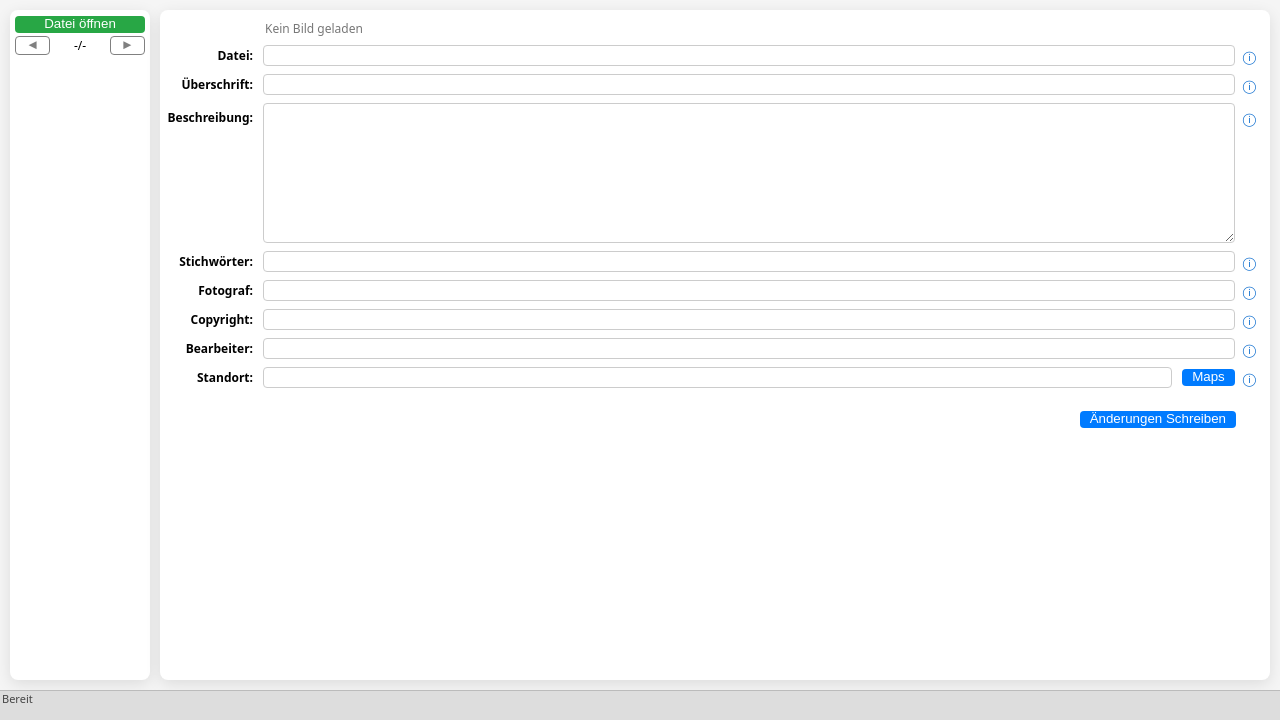
Repository: h-fahle/metadata
Page: ui/index.html
The author's editor kept a copy of each file at every save. The page is drawn from the files as they stood at one save, then again after the next save.
The browser window is 1280 px wide. The pictures show the whole page.

Above is the page before, as saved 2026-08-19 19:06:12.

### ui/index.html
<!DOCTYPE html>
<html lang="de">

<head>
	<meta charset="UTF-8">
	<title>Tauri ExifTool Test</title>
	<script src="script.js" defer></script>
	<link rel="stylesheet" href="style.css">
</head>

<body>

	<main id="main-container">

		<!-- Das Vorschaubild links -->
		<aside id="sidebar">

			<button id="file-open" onclick="dateiAuswählen()">Datei öffnen</button>

			<div id="nav">
				<button class="blaettern" onclick="blaettern(-1)">◄</button>
				<span id="img-nummer">-/-</span>
				<button class="blaettern" onclick="blaettern(1)">►</button>
			</div>

			<!-- 		<select id="menue-oeffnen" onchange="menueAktion(this)" >
				<option value="dateien">🖼️ Bilder öffnen...</option>
				<option value="ordner">📁 Ordner öffnen...</option>
			</select>
 -->
			<img id="vorschau-bild" src="" style="display:none;" />
			<div id="bild-info" style="text-align:center;">
				<span id="img-datum"></span><br>
				<span id="img-groesse"></span>
			</div>
		</aside>

		<!-- Das Formular rechts -->
		<section id="form-container">

			<div id="ordner-pfad">Kein Bild geladen</div>

			<div class="form-row">
				<label for="filename">Datei:</label>
				<input type="text" id="filename" name="filename" />
				<div class="tooltip-container">
					<span class="info-icon">ⓘ</span>
					<div class="tooltip-box">Im Einzelmodus: Änderung des Dateinamens bewirkt Umbenennung der Datei.
						Im Stapelmodus: Ordnername is nicht änderbar.!
					</div>
				</div>
			</div>

			<div class="form-row">
				<label for="caption">Überschrift:</label>
				<input type="text" id="caption" name="caption" />
				<div class="tooltip-container">
					<span class="info-icon">ⓘ</span>
					<div class="tooltip-box">Auch: (Dokument-)Titel, Schlagzeile, Headline
					</div>
				</div>
			</div>

			<div class="form-row form-row-top">
				<label for="description">Beschreibung:</label>
				<textarea id="description" name="description"></textarea>
				<div class="tooltip-container">
					<span class="info-icon">ⓘ</span>
					<div class="tooltip-box">Beschreibender Text in beliebiger Länge.
						(Im Stapelmodus wird der eingegebene Text
						&nbsp;&nbsp; an vorhandenen angehängt.)
						Hinweis: Einige Programme zeigen nur 2.000 Zeichen
						&nbsp;&nbsp; oder auch weniger an.
					</div>
				</div>
			</div>

			<div class="form-row">
				<label for="keywords">Stichwörter:</label>
				<input type="text" id="keywords" name="keywords" />
				<div class="tooltip-container">
					<span class="info-icon">ⓘ</span>
					<div class="tooltip-box">Komma-separierte Liste. Groß-/Kleinschreibung beachten.
						Im Stapelmodus werden die eingegebenen Stichwörter
						&nbsp;&nbsp; an vorhandene angehängt.
					</div>
				</div>
			</div>

			<div class="form-row">
				<label for="creator">Fotograf:</label>
				<input type="text" id="creator" name="creator" />
				<div class="tooltip-container">
					<span class="info-icon">ⓘ</span>
					<div class="tooltip-box">Urheber, Ersteller, Autor
						(Tags: Artitst, Creator, By-line)
					</div>
				</div>
			</div>

			<div class="form-row">
				<label for="copyright">Copyright:</label>
				<input type="text" id="copyright" name="copyright" />
				<div class="tooltip-container">
					<span class="info-icon">ⓘ</span>
					<div class="tooltip-box">Urheberrechtshinweis; enthält in der Regel:
						Name des Fotografen, Aufnahmejahr und Nutzungsrechte;
						(z.B. 'Copyright [1975] [Mustermann], Alle Rechte vorbehalten')
					</div>
				</div>
			</div>

			<div class="form-row">
				<label for="editor">Bearbeiter:</label>
				<input type="text" id="editor" name="editor" />
				<div class="tooltip-container">
					<span class="info-icon">ⓘ</span>
					<div class="tooltip-box">Verfasser der Metadaten
						(Tags: Caption Writer, Writer Editor)
					</div>
				</div>
			</div>

			<div class="form-row">
				<label for="position">Standort:</label>
				<input type="text" id="position" name="position" />
				<button type="button" onclick="zeigeMaps(event)" style="background: #007BFF;">Maps</button>
				<div class="tooltip-container">
					<span class="info-icon">ⓘ</span>
					<div class="tooltip-box">GPS-Koordinaten in Dezimalgrad (51.49129, 8.43317).
						Ermitteln der Koordinaten in der Google Maps-Karte:
						&nbsp; 1. mit rechter Maustaste auf den Standort klicken,
						&nbsp; 2. auf die angezeigten Koordinaten klicken,
						&nbsp; 3. der so gespeicherte Wert kann dann mit Strg+V
						&nbsp;&nbsp;&nbsp;&nbsp;&nbsp;&nbsp; kopiert werden."
					</div>
				</div>
			</div>

			<!-- Button-Leiste -->
			<div class="button-group" style="text-align: right; margin-top: 15px;">
				<button type="button" onclick="exifSchreiben(event)" style="background: #007BFF;">Änderungen
					Schreiben</button>
			</div>

		</section> <!-- Ende der form-containers-->
	</main> <!-- Ende des main-containers -->

	<footer id="statusleiste">
		<div id="status-text">
			Bereit
		</div>
	</footer>


</body>

</html>

### ui/script.js
let aktuellerBildPfad = "";
let bilderListe = [];
let aktuellerIndex = -1;
let status = document.getElementById('statusleiste');


function zeigeStatus(nachricht) {
    status.innerText = nachricht;
}

async function dateiAuswählen() {
    try {
        const ergebnis = await window.__TAURI__.core.invoke('plugin:dialog|open', {
            options: {
                title: 'Bilddatei für ExifTool auswählen',
                directory: false,
                multiple: false,
                filters: [
                    { name: 'Bilder', extensions: ['jpg', 'jpeg', 'png', 'gif', 'tif', 'tiff', 'webp', 'avif', 'heic', 'heif'] }
                ]
            }
        });

        if (ergebnis) {
            const pfad = typeof ergebnis === 'object' ? ergebnis.path : ergebnis;
            aktuellerBildPfad = pfad;

            // Bilderliste des Ordners auslesen
            await ladeOrdnerBilder(pfad);

            // Metadaten für das aktuelle Bild einlesen
            exifAuslesen();
        }
    } catch (fehler) {
        zeigeStatus("Dialog-Fehler: " + fehler);
    }
}

async function ladeOrdnerBilder(pfad) {
    try {
        bilderListe = await window.__TAURI__.core.invoke('hole_ordner_bilder', { dateipfad: pfad });
        // Finde den Index des aktuell geöffneten Bildes
        aktuellerIndex = bilderListe.indexOf(pfad);
    } catch (fehler) {
        console.error("Fehler beim Laden des Ordnerinhalts:", fehler);
        ausgabe.innerHTML = "<span style='color: red;'>Fehler beim Laden des Ordnerinhalts: " + fehler + "</span>";
        bilderListe = [pfad];
        aktuellerIndex = 0;
    }
}

function blaettern(richtung) {
    if (bilderListe.length === 0) return;

    aktuellerIndex += richtung;

    // Begrenzungen einhalten
    if (aktuellerIndex < 0) {
        aktuellerIndex = 0;
        return;
    }
    if (aktuellerIndex >= bilderListe.length) {
        aktuellerIndex = bilderListe.length - 1;
        return;
    }

    aktuellerBildPfad = bilderListe[aktuellerIndex];
    exifAuslesen();
}

async function exifAuslesen() {
    const pfad = aktuellerBildPfad;
    const vorschauImg = document.getElementById("vorschau-bild");

    zeigeStatus("Rufe ExifTool auf...");

    try {
        // 1. Metadaten über Rust holen
        const jsonText = await window.__TAURI__.core.invoke('lese_bild_metdaten', { dateipfad: pfad });
        const datenObjekt = JSON.parse(jsonText)[0]; 	// Das 1. JSON-Objekt im JSON-Array in JS-Objekt umwandeln

        if (bilderListe.length > 0) {
            document.getElementById('img-nummer').innerText = `${aktuellerIndex + 1}/${bilderListe.length}`;
        } else {
            document.getElementById('img-nummer').innerText = '0/0';
        }

        let aufnahmeDatum = datenObjekt.DateTimeOriginal;
        if (typeof aufnahmeDatum === 'undefined') aufnahmeDatum = '---';

        document.getElementById('img-datum').innerText = '\u{1F4F7} ' + aufnahmeDatum || '';
        document.getElementById('img-groesse').innerText = '⤢ ' + datenObjekt.ImageSize || '';

        document.getElementById('filename').value = datenObjekt.FileName || '';
        document.getElementById('caption').value = datenObjekt.CMB_Caption || '';
        document.getElementById('description').value = datenObjekt.Description || '';
        document.getElementById('keywords').value = datenObjekt.Keywords || '';
        document.getElementById('creator').value = datenObjekt.Creator || '';
        document.getElementById('copyright').value = datenObjekt.Copyright || '';
        document.getElementById('editor').value = datenObjekt.CMB_Editor || '';
        document.getElementById('position').value = datenObjekt.GPSPosition || '';

        const vollerPfad = pfad;
        // Erkennt automatisch Linux-Schrägstriche (/) und Windows-Backslashes (\)
        const letzterSlash = Math.max(vollerPfad.lastIndexOf('/'), vollerPfad.lastIndexOf('\\'));
        let ordner = "Unbekannt";
        if (letzterSlash !== -1) {
            ordner = vollerPfad.substring(0, letzterSlash);
        }
        // Den berechneten Ordnerpfad in das neue Label schreiben
        document.getElementById('ordner-pfad').innerText = ordner;

        // Wir nehmen das erste Element der Liste (ExifTool liefert immer ein Array)
        zeigeStatus(jsonText);

        // Wir fragen Rust nach dem besten Weg für das Bild
        const vorschauErgebnis = await window.__TAURI__.core.invoke('hole_vorschaubild', { dateipfad: pfad });

        if (vorschauErgebnis === "STANDARD") {
            // Normales JPG/PNG über das Asset-Protokoll
            const assetUrl = window.__TAURI__.core.convertFileSrc(pfad);
            vorschauImg.src = assetUrl + "?t=" + new Date().getTime();
        } else if (vorschauErgebnis.startsWith("data:[embedded picture, 23 characters]")) {
            // TIF/TIFF über den im RAM kompilierten Rust-Wandler
            vorschauImg.src = vorschauErgebnis;
        }

        vorschauImg.style.display = "block";

    } catch (fehler) {
        zeigeStatus("Fehler: " + fehler);
        vorschauImg.style.display = "none";
    }
}

async function zeigeMaps(event) {
    event.preventDefault()
    let gps = document.getElementById('position').value;

    try {
        // Ruft direkt unsere eigene, sichere Rust-Funktion auf
        await window.__TAURI__.core.invoke('oeffne_maps_browser', {
            gpsString: gps
        });
    } catch (fehler) {
        console.error("Fehler:", fehler);
        ausgabe.innerHTML = "<span style='color: red;'>Fehler bei öffnen Maps: " + fehler + "</span>";
    }
}

async function exifSchreiben(ereignis) {
    if (ereignis) ereignis.preventDefault();  // verbietet dem Browser den automatischen Seiten-Reset!

    const pfad = aktuellerBildPfad;

    zeigeStatus("Speichere Daten über ExifTool...");

    // Wir sammeln alle aktuellen Werte aus den Eingabefeldern ein
    const daten = {
        dateipfad: pfad,
        filename: document.getElementById('filename').value,
        caption: document.getElementById('caption').value,
        description: document.getElementById('description').value,
        keywords: document.getElementById('keywords').value.split(',').map(s => s.trim()).join(', '),
        creator: document.getElementById('creator').value,
        copyright: document.getElementById('copyright').value,
        editor: document.getElementById('editor').value,
        gps: document.getElementById('position').value
    };

    try {
        // Wir schicken das gesamte Paket an die Rust-Funktion 'schreibe_bild_metdaten'
        const antwort = await window.__TAURI__.core.invoke('schreibe_bild_metdaten', daten);

        // Bei Erfolg zeigen wir die Meldung in grüner Schrift an
        zeigeStatus(antwort);

        // 2. Da der Pfad dank preventDefault() jetzt bombenfest im Feld stehen bleibt,
        // funktioniert das Neuladen nun augenblicklich und fehlerfrei!
        await exifAuslesen();

    } catch (fehler) {
        // Falls etwas schiefgeht (z.B. Datei schreibgeschützt), zeigen wir den Fehler an
        zeigeStatus("Fehler: " + fehler);
    }
}

### ui/style.css
/* 1. Das App-Fenster exakt auf 100% fixieren (kein äußeres Scrollen) */
html, body {
	margin: 0;
	padding: 0;
	height: 100vh;
	width: 100vw;
	overflow: hidden; /* Verhindert jegliche äußere Scrollbalken */
	background: #f5f5f5;
	font-family: sans-serif;
	font-size: 12px;
	display: flex;
	flex-direction: column; /* Hauptinhalt oben, Statusleiste unten */
	font-family: system-ui, -apple-system, "Segoe UI", Roboto, Helvetica, Arial, sans-serif;
}

/* Allumfassender Box-Sizing-Fix für die gesamte App */
*, *::before, *::after {
	box-sizing: border-box;
}

/* 2. Der Hauptbereich füllt den gesamten oberen Platz aus */
#main-container {
	flex: 1;
	display: flex;
	flex-direction: row; /* Elemente nebeneinander */
	gap: 10px;
	padding: 10px;
	overflow: hidden; /* Verhindert, dass Riesen-Inhalte das Fenster sprengen */
}

/* 3. LINKS: Die Sidebar mit fester Breite */
#sidebar {
	width: 140px;
	min-width: 140px; /* Lässt die Sidebar niemals schrumpfen */
	background-color: #ffffff;
	border-radius: 8px;
	padding: 5px;
	box-shadow: 0 4px 15px rgba(0, 0, 0, 0.1);
}

/* 4. RECHTS: Das Formular nimmt den gesamten Rest ein und wächst mit */
#form-container {
	flex: 1; /* Nimmt 100% des restlichen Platzes ein */
	min-width: 0; /* Erlaubt Flexbox, die Box bei Bedarf zu verkleinern */
	background-color: #ffffff;
	border-radius: 8px;
	padding: 10px;
	display: flex;
	flex-direction: column;
	gap: 8px;
	box-shadow: 0 4px 15px rgba(0, 0, 0, 0.1);
}

/* Jede Zeile wird zu einer horizontalen Flexbox */
.form-row {
	display: flex !important;
	flex-direction: row;
	align-items: center; /* Richtet Label und Input vertikal mittig zueinander aus */
	gap: 10px;           /* Abstand zwischen Label und Input */
	width: 100%;
}

/* Die Labels bekommen eine feste Breite, damit alle Inputs sauber untereinander starten */
.form-row label {
	width: 95px;         /* Breite je nach längstem Label-Text anpassen */
	min-width: 95px;     /* Verhindert, dass das Label zusammengedrückt wird */
	text-align: right;   /* Optional: Richtet den Text rechtsbündig zum Input aus */
	font-weight: bold;
	margin-left: -12px;
}

/* Die Eingabefelder füllen jetzt den gesamten restlichen Platz der Zeile aus */
.form-row input,
.form-row textarea {
	flex: 1;             /* Zwingt das Input-Feld, den Rest der Zeile einzunehmen */
	width: 100%;
	min-width: 0;        /* Erlaubt dem Input, bei sehr kleinen Fenstern stabil zu schrumpfen */
	/* padding: 8px; */
	border: 1px solid #ccc;
	border-radius: 4px;
	padding: 2px;
	-webkit-font-smoothing: antialiased;
}
.form-row textarea {
	min-height: 140px;
}

/* Ändert die Ausrichtung für diese spezielle Zeile nach oben */
.form-row-top {
	align-items: flex-start !important; /* Richtet Label, Textarea und Icon oben aus */
}
.form-row-top label,
.form-row-top .tooltip-container {
	padding-top: 6px; /* Verhindert, dass das Label zu weit oben klebt */
}


/* 5. UNTEN: Die Statusleiste mit fixer Höhe und eigenem Scrollbalken */
#statusleiste {
	height: 30px; /* Feste Höhe für ca. 2 Zeilen Text */
	min-height: 30px;
	border-top: 1px solid #bbb;
	background-color: #ddd;
	font-size: 11px;
	color: #444;
	padding: 0 2px;
	overflow-y: auto; /* Vertikaler Scrollbalken erscheint NUR bei Bedarf */
	overflow-x: hidden; /* Verhindert horizontales Scrollen in der Statusleiste */
	-webkit-font-smoothing: antialiased;
}

div#nav {
	width: 130px;
	display: flex;
	justify-content: space-between;
	align-items: center;
	margin-bottom: 10px;
}

#vorschau-bild {
	width: 130px;
	height: auto;
	border: 1px outset gray;
}


/* Container des Formulars ----------------------------------------- */
#mein-formular-container {
	flex-grow: 1;
	margin: 0;
	padding: 5px 10px;
	background-color: #ffffff;
	border-radius: 8px;
	box-shadow: 0 4px 15px rgba(0, 0, 0, 0.1);
	font-family: Arial, sans-serif;
}

#mein-formular-container div {
	display: flex;
	align-items: center;
	margin: 6px 0;
	/* Geringer Zeilenabstand */
	width: 100%;
	margin-top: 5px;
	/* Kleiner Abstand nach oben */
	margin-bottom: 5px;
	/* Kleiner Abstand nach unten */
}

#ordner-pfad {
	margin-left: 95px !important;
	color: #777777;
}


/* Bedien-Elemente -------------------------------------------- */
button {
	padding: 0px 10px 2px 10px;
	cursor: pointer;
	background: #28a745;
	color: white;
	border: none;
	border-radius: 4px;
}

button#file-open {
	width: 130px;
	margin-bottom: 3px;
}

button.blaettern {
	border: 1px solid gray;
	color: gray;
	background-color: white;
}

/* Der Absendeknopf richtet sich nach den Eingabefeldern aus */
.button-group {
	display: flex;
	justify-content: flex-end;
	margin-right: 24px;
}

.button-group button {
	margin-left: 5px;
}

select {
	-moz-appearance: none;
	-webkit-appearance: none;
	appearance: none;
	border: none;
	border-radius: 4px;
	background: #28a745;
	color: white;
	width: 120px;
}


/* Tooltip ---------------------------------------------------------- */

/* Container für das Icon und die Box */
.tooltip-container {
	position: relative; /* Wichtig, damit sich die Box am Icon ausrichtet */
	display: inline-flex;
	align-items: center;
	cursor: help;       /* Zeigt das Fragezeichen/Hilfe-Symbol als Mauszeiger */
	margin-left: -6px;
}

/* Das Info-Icon selbst */
.info-icon {
	color: #0066cc;     /* Schönes Info-Blau */
	padding: 0 4px;
	font-size: 13px;
}

/* Die selbstdefinierte Tooltip-Box (Standardmäßig versteckt) */
.tooltip-box {
	position: absolute;
	bottom: 125%;       /* Platziert die Box direkt ÜBER dem Icon */
	right: 0;           /* Richtet die Box am rechten Rand des Icons aus */

	width: max-content;
	max-width: 400px;      /* Verhindert, dass der Tooltip bei sehr viel Text das Fenster sprengt */
	white-space: pre-line;

	background-color: lightyellow;
	color: black;
	border: 1px solid gray;
	padding: 2px 4px;
	border-radius: 6px;
	font-size: 11px;
	line-height: 1.4;
	box-shadow: 0 4px 10px rgba(0, 0, 0, 0.2);
	z-index: 1001;      /* Über der Statusleiste (1000), falls sie sich überschneiden */

	/* Animation & Verstecken */
	opacity: 0;
	visibility: hidden;
	transition: opacity 0.2s ease-in-out, visibility 0.2s;
	pointer-events: none; /* Verhindert, dass die Box beim unabsichtlichen Drüberfahren flackert */
}

/* Der kleine Pfeil unten an der Tooltip-Box (Optional) */
.tooltip-box::after {
	content: "";
	position: absolute;
	top: 100%;          /* Am unteren Rand der Box */
	right: 8px;         /* Ausrichtung passend zum Icon */
	border-width: 5px;
	border-style: solid;
	border-color: #333333 transparent transparent transparent;
}

/* HOVER-EFFEKT: Wenn man über das Icon ODER den Container fährt, wird die Box sichtbar */
.tooltip-container:hover .tooltip-box {
	opacity: 1;
	visibility: visible;
}

After the next save:
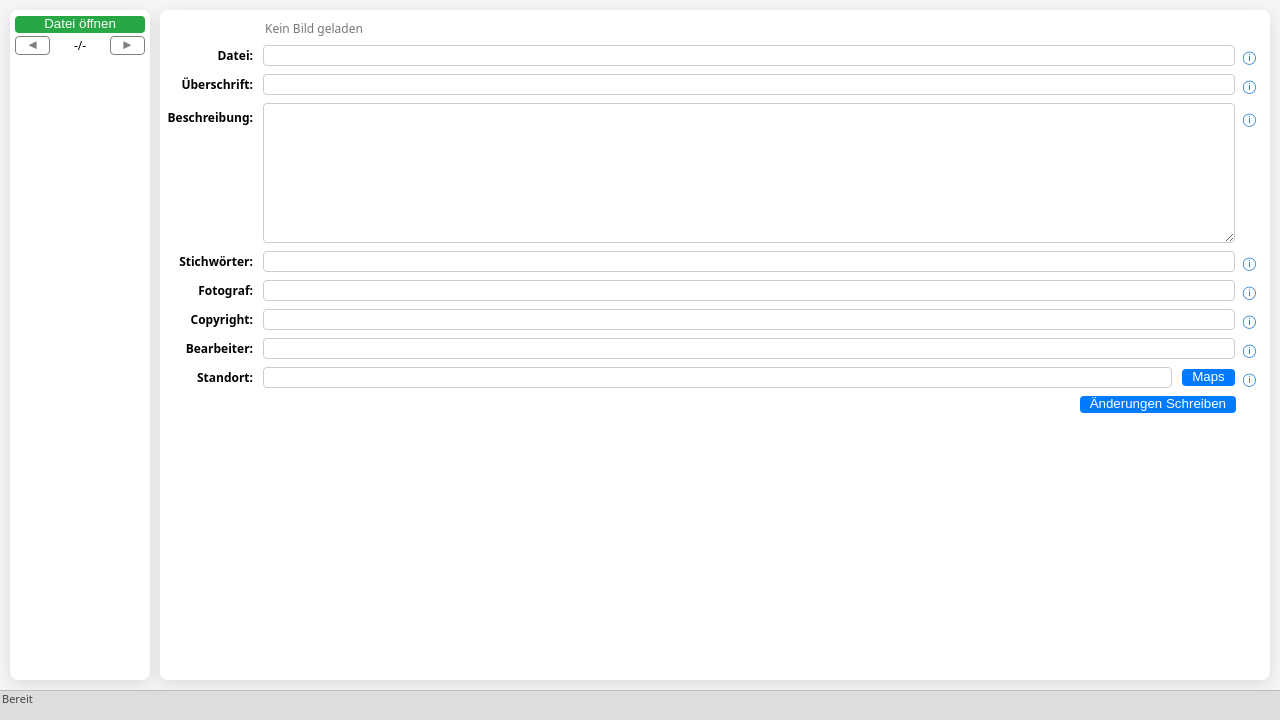
Saved 11 s later.
--- a/ui/index.html
+++ b/ui/index.html
@@ -138,7 +138,7 @@
 			</div>
 
 			<!-- Button-Leiste -->
-			<div class="button-group" style="text-align: right; margin-top: 15px;">
+			<div class="button-group">
 				<button type="button" onclick="exifSchreiben(event)" style="background: #007BFF;">Änderungen
 					Schreiben</button>
 			</div>
